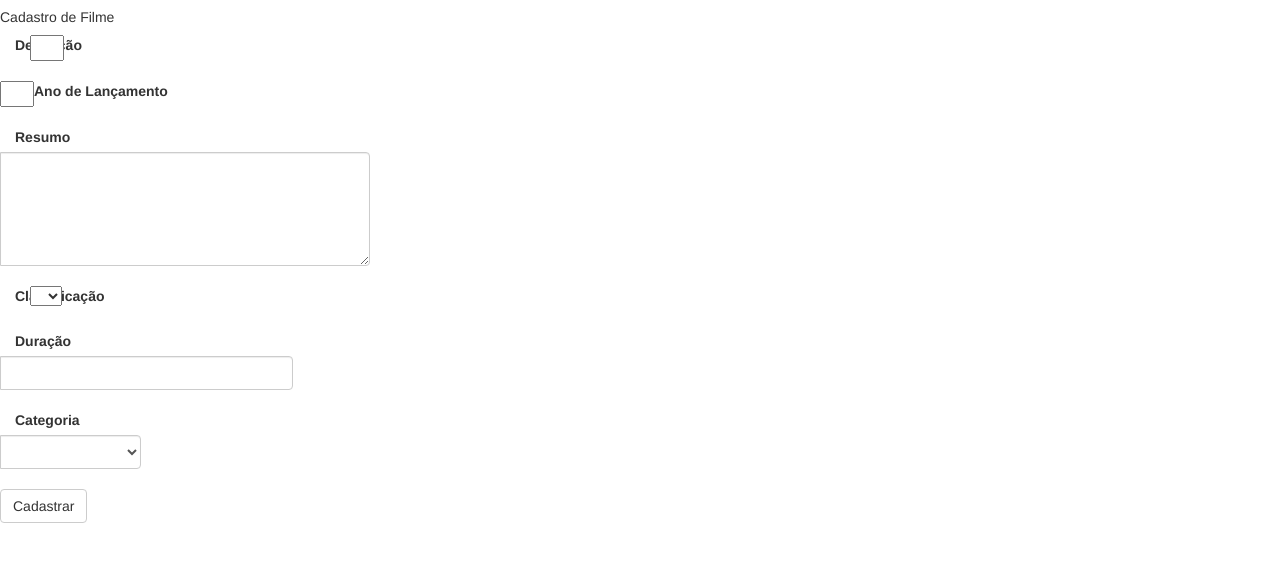
Repository: cadupedrassani/CursoDeJava
Page: Avaliação/BaseAPI/WebApp/src/main/webapp/filme/cadastro.html
The author's editor kept a copy of each file at every save. The page is drawn from the files as they stood at one save, then again after the next save.
The browser window is 1280 px wide. The pictures show the whole page.

Above is the page before, as saved 2016-12-06 16:50:18.

### Avaliação/BaseAPI/WebApp/src/main/webapp/filme/cadastro.html
<!DOCTYPE html>
<html>
<head>
<meta charset="ISO-8859-1">
<title>Insert title here</title>
<link rel="stylesheet" href="/WebApp/resources/css/bootstrap.min.css">
</head>
<body>
<div>
	<h5>Cadastro de Filme</h5>
</div>
<div class="input-group">
	<label class="control-label col-sm-1">Descrição</label>
	<input id="descricao-filme"
	       type="text"
	       class="control-label col-sm-1"></input>
</div>
</br>

<div class="input-group">
	<label>Ano de Lançamento</label>
	<input id="ano-filme"
	       type="text"
	       class="control-label col-sm-1"></input>
</div>
</br>

<div class="input-group">
	<label class="control-label col-sm-1">Resumo</label>
	<textarea rows="5"
			  cols="30"
			  id="resumo-filme"
	       	  class="form-control"></textarea>
</div>
</br>

<div class="input-group">
	<label class="control-label col-sm-1">Classificação</label>
		<select id="classificacao-filme" class="control-label col-sm-1">
    		<option value="" disabled="disabled" selected="selected">Selecione...</option>
    		<option value="1">1</option>
    		<option value="2">2</option>
    		<option value="3">3</option>
    		<option value="4">4</option>
    		<option value="5">5</option>
		</select>
</div>
</br>

<div class="input-group">
	<label class="control-label col-sm-1">Duração</label>
	<input id="duracao-filme"
	       type="text"
	       class="form-control"></input>
</div>
</br>

<div class="input-group">
	<label class="control-label col-sm-1">Categoria</label>
	<select id="categoria-filme" class="form-control"></select>
</div>
</br>

<div class="input-group">
	<button id="cadastrar"
	        type="button"
	        class="btn btn-default gold"
	        onclick="cadastrarFilme();">Cadastrar</button>
</div>

<div id="modal-mensagens" class="modal fade" tabindex="-1" role="dialog">
	<div class="modal-dialog" role="document">
		<div class="modal-content">
			<div class="modal-header">
				<h5 id="modal-title" class="modal-title"></h5>
			</div>
			<div class="modal-body">
				<label id="modal-mensagem"></label>
			</div>
			<div class="modal-footer">
				<button type="button"
						class="btn btn-default gold"
						data-dismiss="modal">OK</button>
			</div>
		</div>
	</div>
</div>

<script src="/WebApp/resources/js/jquery.min.js"></script>
<script src="/WebApp/resources/js/bootstrap.min.js"></script>
<script src="/WebApp/resources/js/default.js"></script>
<script src="/WebApp/resources/js/filme.js"></script>

</body>
</html>

### Avaliação/BaseAPI/WebApp/src/main/webapp/resources/js/default.js

function abrirTelaCadastroCategoria(){
	var url = "/WebApp/categoria/cadastro.html";
	$.get(url, '', function(data){
		$('#conteudo-principal').html(data);
	})
}

function abrirTelaPesquisaCategoria(){
	var url = "/WebApp/categoria/pesquisa.html";
	$.get(url, '', function(data){
		$('#conteudo-principal').html(data)
	})
}


function abrirTelaCadastroEndereco(){
	var url = "/WebApp/endereco/cadastro.html";
	$.get(url, '', function(data){
		$('#conteudo-principal').html(data);
	})
}

function abrirTelaCadastroFilme(){
	var url = "/WebApp/filme/cadastro.html";
	$.get(url, '', function(data){
		$('#conteudo-principal').html(data);
	})
}

### Avaliação/BaseAPI/WebApp/src/main/webapp/resources/js/filme.js
function cadastrarFilme(){

	var ano = $("#ano-filme").val();
	var classificacao = $("#classificacao-filme").val();
	var descricao = $("#descricao-filme").val();
	var duracao = $("#duracao-filme").val;
	var resumo = $("#resumo-filme").val();

	var filmeDTO = new Object();
	var operacao = "/ControleAPI/filme/criarFilme"

	filmeDTO.ano = ano;
	filmeDTO.classificacao = classificacao;
	filmeDTO.descricao = descricao;
	filmeDTO.duracao = duracao;
	filmeDTO.resumo = resumo;

	$.ajax({
		method: "POST",
		url: operacao,
		data: JSON.stringify(filmeDTO),
		contentType: "application/json"
	}).done(function (data){
		var mensagem = "";
		var titulo = "";
		if(data.mensagem != undefined && data.mensagem != null && data.mensagem != ''){
			titulo = "Atenção";
			mensagem = data.mensagem;
		}else{
			titulo = 'Sucesso';
			mensagem = "Filme cadastrado com sucesso.";
		}
		mostrarModal(titulo, mensagem)
	});
}

Loaded but not shown: Avaliação/BaseAPI/WebApp/src/main/webapp/resources/css/bootstrap.min.css (library); Avaliação/BaseAPI/WebApp/src/main/webapp/resources/js/jquery.min.js (library); Avaliação/BaseAPI/WebApp/src/main/webapp/resources/js/bootstrap.min.js (library)

After the next save:
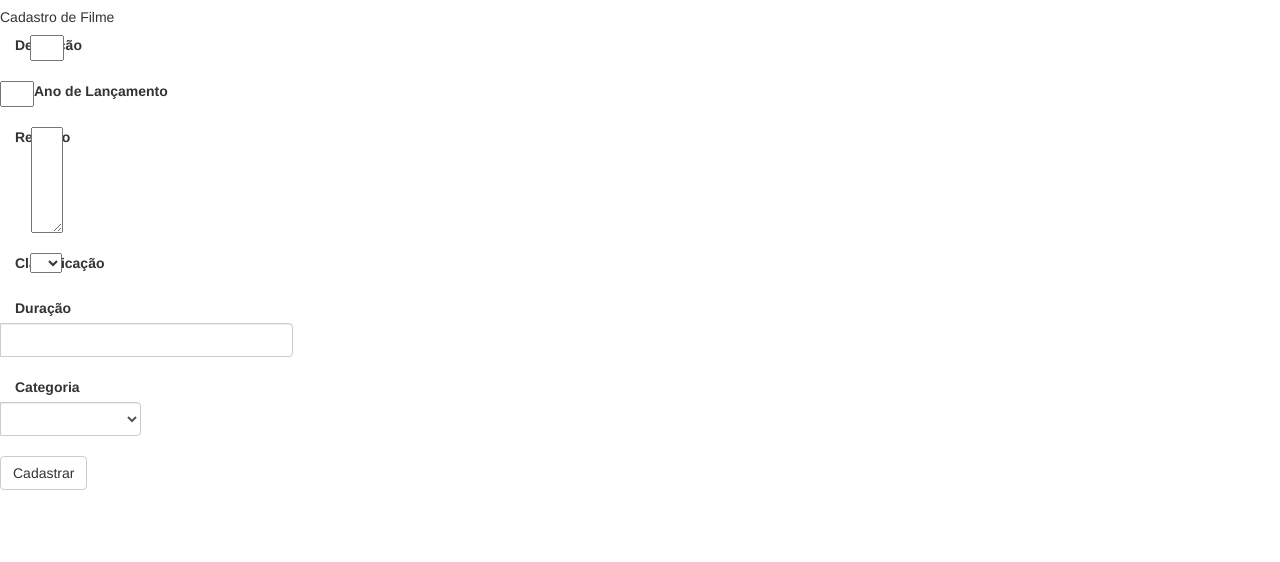
Saved 4 s later.
--- a/Avaliação/BaseAPI/WebApp/src/main/webapp/filme/cadastro.html
+++ b/Avaliação/BaseAPI/WebApp/src/main/webapp/filme/cadastro.html
@@ -30,7 +30,7 @@
 	<textarea rows="5"
 			  cols="30"
 			  id="resumo-filme"
-	       	  class="form-control"></textarea>
+	       	  class="control-label col-sm-1"></textarea>
 </div>
 </br>
 
